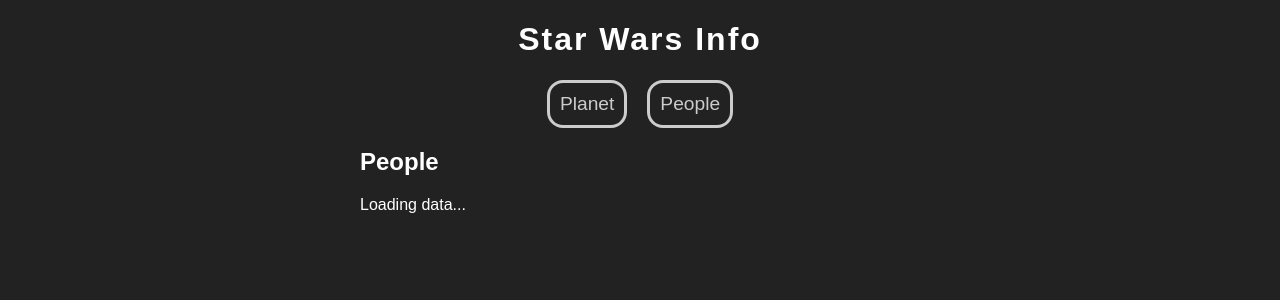
Repository: mireu-san/jikan-react-query
Page: /
An editor plug-in stored every save of this project. The page is shown before and after the next save, followed by the edit.
The browser window is 1280 px wide. The pictures show the whole page.
The page's requests for data from a server got no answer. The project was rebuilt for these pictures with package versions that can differ from the ones it lists, and the page was loaded fresh each time. No one was signed in, and anything a server would have sent is missing. Also part of the build but not shown: src/components/Planet.js, src/components/Planets.js, src/components/Person.js.

Above is the page before, as saved 2022-11-29 21:02:20.

After the next save:
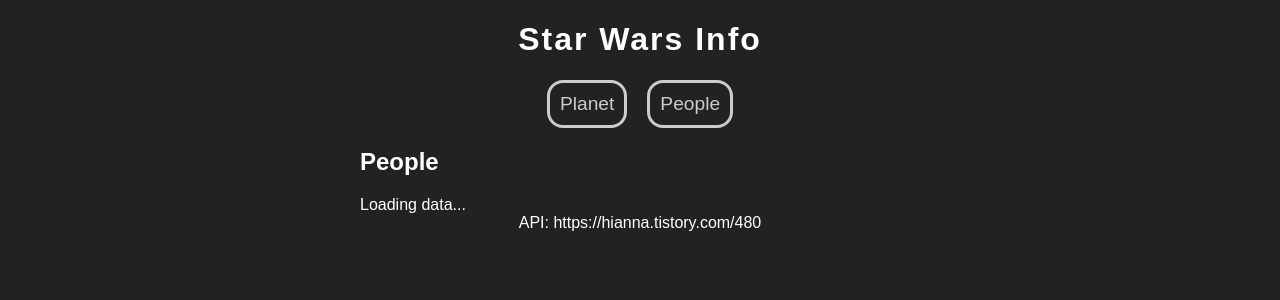
Saved 5 min 16 s later.
--- a/src/App.js
+++ b/src/App.js
@@ -14,6 +14,7 @@
       <div className="content">
         {page === "planets" ? <Planets /> : <People />}
       </div>
+      <span>API: https://hianna.tistory.com/480</span>
     </div>
   );
 }
